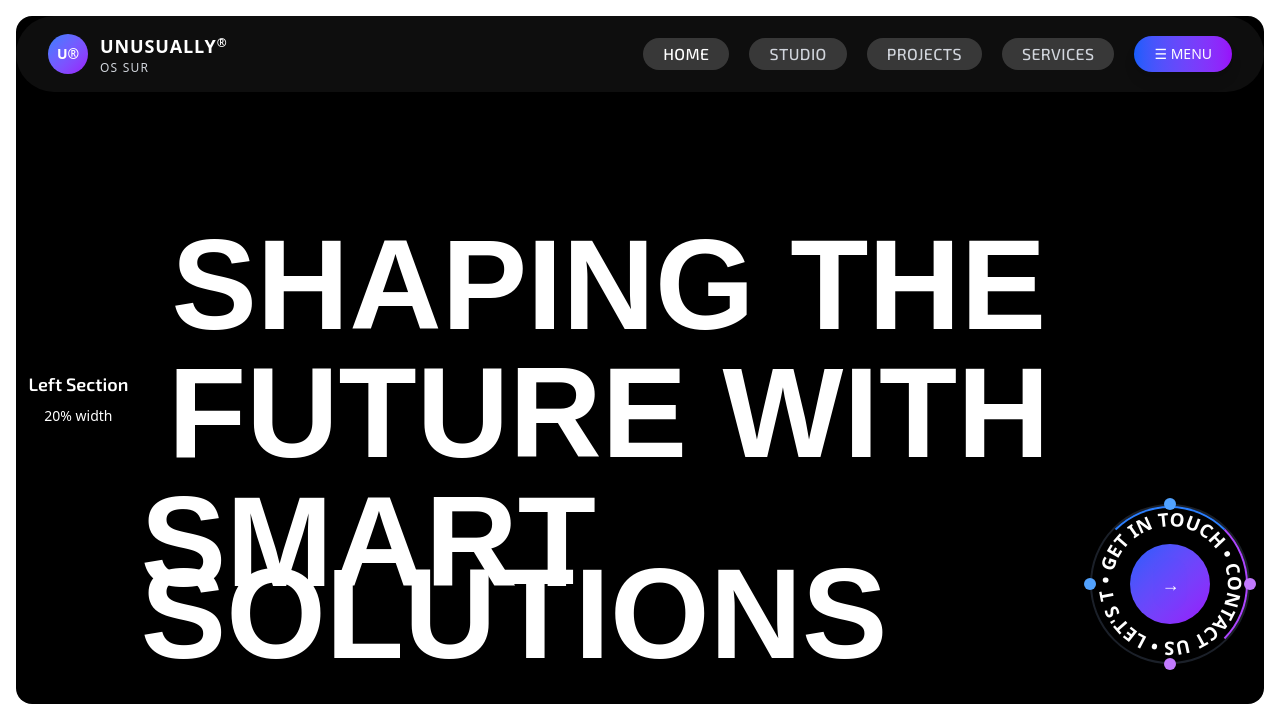
Repository: A-y-u-s-h-29/Digital-Express-India-With-Carrer-Page-And-RazorPay
Page: / (app in op/)
The author's editor kept a copy of each file at every save. The page is drawn from the files as they stood at one save, then again after a run of saves.
The browser window is 1280 px wide. The pictures show the whole page.
Some web fonts or font styles are not loaded; a fallback is used. The project was rebuilt for these pictures with package versions that can differ from the ones it lists, and the page was loaded fresh each time. Also part of the build but not shown: op/vite.config.js.

Above is the page before, as saved 2025-12-04 14:56:04.

### op/index.html
<!doctype html>
<html lang="en">
  <head>
    <meta charset="UTF-8" />
    <link rel="icon" type="image/svg+xml" href="/vite.svg" />
    <meta name="viewport" content="width=device-width, initial-scale=1.0" />
    <link rel="preconnect" href="https://fonts.googleapis.com">
<link rel="preconnect" href="https://fonts.gstatic.com" crossorigin>
<link href="https://fonts.googleapis.com/css2?family=Alan+Sans:wght@300..900&family=Big+Shoulders:opsz,wght@10..72,100..900&family=Exo+2:ital,wght@0,100..900;1,100..900&family=Montserrat:ital,wght@0,100..900;1,100..900&family=Orbitron:wght@400..900&family=Poppins:ital,wght@0,100;0,200;0,300;0,400;0,500;0,600;0,700;0,800;0,900;1,100;1,200;1,300;1,400;1,500;1,600;1,700;1,800;1,900&family=Rajdhani:wght@300;400;500;600;700&display=swap" rel="stylesheet">
<link rel="preconnect" href="https://fonts.googleapis.com">
<link rel="preconnect" href="https://fonts.gstatic.com" crossorigin>
<link href="https://fonts.googleapis.com/css2?family=Alan+Sans:wght@300..900&family=Big+Shoulders:opsz,wght@10..72,100..900&family=Exo+2:ital,wght@0,100..900;1,100..900&family=Montserrat:ital,wght@0,100..900;1,100..900&family=Orbitron:wght@400..900&family=Poppins:ital,wght@0,100;0,200;0,300;0,400;0,500;0,600;0,700;0,800;0,900;1,100;1,200;1,300;1,400;1,500;1,600;1,700;1,800;1,900&family=Rajdhani:wght@300;400;500;600;700&display=swap" rel="stylesheet">
    <title>op</title>
  </head>
  <body>
    <div id="root"></div>
    <script type="module" src="/src/main.jsx"></script>
  </body>
</html>

### op/src/index.css
@import "tailwindcss";
*{
  box-sizing: border-box;
}
.big {
  font-family: "Big Shoulders", sans-serif;

  font-style: normal;
}
.exo {
  font-family: "Exo 2", sans-serif;

  font-style: normal;
}

### op/src/App.jsx
import React from 'react'
import Home from './components/Home'

function App() {
  return (
   <>
   <Home/>


   </>
  )
}

export default App

### op/src/components/Home.jsx
import React from "react";
import Navbar from "./Navbar";

function Home() {


  return (
    <div className="w-full max-h-screen lg:h-[120vh]  lg:py-4 lg:px-4 ">
      <div
        className="rounded-b-4xl lg:rounded-2xl w-full h-full  flex flex-col relative overflow-hidden bg-black"

      >


        {/* Transparent Navbar */}
        <div className="relative z-20">
          <Navbar />
        </div>

        {/* Three Column Layout */}
        <div className="flex flex-1 relative z-10 text-white ">
          {/* Left Column - 20% width */}
          <div className="w-[10%] flex items-center justify-center">
            <div className="text-white text-center">
              <p className="exo font-semibold text-lg">Left Section</p>
              <p className="text-sm mt-2">20% width</p>
            </div>
          </div>

          {/* Middle Column - 60% width */}
         <div className="w-[75%] flex flex-col justify-center items-center big">
  <div className=" w-full h-full flex flex-col">

    {/* Top Row - 40% height */}
    <div className="h-[40%] flex items-end justify-center pb-4 ">
      <h1 className="text-5xl md:text-9xl leading-tight md:leading-[4.5rem]  font-bold text-white drop-shadow-2xl">
       SHAPING THE
      </h1>
    </div>

    {/* Middle Row - 30% height */}
    <div className="h-[25%] flex items-center justify-center ">
       <h1 className="text-5xl md:text-9xl leading-tight lg:leading-[4.5rem]  font-bold text-white drop-shadow-2xl">
    FUTURE WITH
      </h1>
    </div>

    {/* Bottom Row - 30% height */}
    <div className="h-[35%] flex items-start justify-center pt-4">
      <h1 className="text-5xl md:text-9xl leading-tight lg:leading-[4.5rem]  font-bold text-white drop-shadow-2xl">
      SMART SOLUTIONS
      </h1>
    </div>

  </div>
</div>
          {/* Right Column - 20% width */}
          <div className="w-[15%] flex flex-col items-center justify-center relative">
  {/* Circular Text Animation Button - Bottom Center */}
  <div className="absolute bottom-10">
    <div className="relative group cursor-pointer">
      {/* Outer Ring with Animated Border */}
      <div className="relative w-40 h-40 rounded-full border-2 border-gray-700/50 hover:border-blue-500/30 transition-all duration-500 group-hover:scale-110 group-hover:border-blue-500/50">
        {/* Animated Ring */}
        <div className="absolute inset-0 rounded-full border-2 border-transparent border-t-blue-500 border-r-purple-500 animate-spin-slow"></div>

        {/* Rotating Text Circle */}
        <div className="absolute inset-0 flex items-center justify-center">
          <div className="relative w-full h-full">
            {/* Circular Text Path */}
            <svg className="w-full h-full" viewBox="0 0 100 100">
              <defs>
                <path
                  id="textCircle"
                  d="M 50,50 m -37,0 a 37,37 0 1,1 74,0 a 37,37 0 1,1 -74,0"
                />
              </defs>
              <text className="fill-white text-xs font-bold">
                <textPath
                  href="#textCircle"
                  startOffset="0%"
                  className="animate-rotate-text"
                >
                  • GET IN TOUCH • CONTACT US • LET'S TALK •
                </textPath>
              </text>
            </svg>
          </div>
        </div>

        {/* Center Circle */}
        <div className="absolute inset-0 flex items-center justify-center">
          <div className="w-20 h-20 rounded-full bg-gradient-to-br from-blue-600 to-purple-600 flex items-center justify-center group-hover:from-blue-700 group-hover:to-purple-700 transition-all duration-500 group-hover:scale-105 shadow-lg group-hover:shadow-xl">
            <div className="relative">
              {/* Pulsing Effect */}
              <div className="absolute inset-0 rounded-full bg-blue-500/20 animate-ping"></div>
              {/* Main Icon */}
              <span className="relative text-white font-bold text-lg">
                →
              </span>
            </div>
          </div>
        </div>

        {/* Floating Dots */}
        <div className="absolute -top-2 left-1/2 transform -translate-x-1/2 w-3 h-3 rounded-full bg-blue-400 animate-float"></div>
        <div className="absolute -bottom-2 left-1/2 transform -translate-x-1/2 w-3 h-3 rounded-full bg-purple-400 animate-float" style={{animationDelay: '0.5s'}}></div>
        <div className="absolute top-1/2 -left-2 transform -translate-y-1/2 w-3 h-3 rounded-full bg-blue-400 animate-float" style={{animationDelay: '1s'}}></div>
        <div className="absolute top-1/2 -right-2 transform -translate-y-1/2 w-3 h-3 rounded-full bg-purple-400 animate-float" style={{animationDelay: '1.5s'}}></div>
      </div>

      {/* Tooltip on Hover */}
      <div className="absolute -bottom-16 left-1/2 transform -translate-x-1/2 opacity-0 group-hover:opacity-100 transition-opacity duration-300">
        <div className="bg-gray-900/90 backdrop-blur-sm text-white text-xs px-3 py-2 rounded-lg whitespace-nowrap border border-gray-700">
          Click to contact us
        </div>
      </div>
    </div>
  </div>
</div>
        </div>


      </div>
    </div>
  );
}

export default Home;

### op/src/components/Navbar.jsx
import React, { useState, useRef, useEffect } from 'react';
import { gsap } from 'gsap';

function Navbar({ isHomePage = false }) {
  const [isMenuOpen, setIsMenuOpen] = useState(false);
  const menuOverlayRef = useRef(null);
  const mobileMenuRef = useRef(null);

  // Menu items data for the menu overlay
  const menuOverlayItems = [
    { title: 'HOME', number: '01' },
    { title: 'ABOUT', number: '02' },
    { title: 'PROJECTS', number: '03' },
    { title: 'SERVICES', number: '04' },

  ];

  // Menu items for navbar links
  const navMenuItems = [
    { title: 'HOME', color: 'from-blue-500 to-cyan-400' },
    { title: 'STUDIO', color: 'from-purple-500 to-pink-500' },
    { title: 'PROJECTS', color: 'from-green-500 to-emerald-400' },
    { title: 'SERVICES', color: 'from-yellow-500 to-orange-500' },
    { title: 'ABOUT', color: 'from-red-500 to-rose-400' },
    { title: 'CONTACT', color: 'from-indigo-500 to-blue-400' },
  ];

  // Initialize menu as hidden
  useEffect(() => {
    if (menuOverlayRef.current) {
      menuOverlayRef.current.style.display = 'none';
    }
  }, []);

  const handleMenuClick = () => {
    const wasOpen = isMenuOpen;
    setIsMenuOpen(!wasOpen);

    if (!wasOpen) {
      // OPEN MENU ANIMATION - bottom-right से slide in
      if (menuOverlayRef.current) {
        menuOverlayRef.current.style.display = 'flex';

        // Get the menu container
        const menuContainer = menuOverlayRef.current.querySelector('.relative');

        if (menuContainer) {
          // Initial position - off screen bottom-right
          gsap.set(menuContainer, {
            x: '100%',
            y: '100%',
            opacity: 0,
            scale: 0.9,
            transformOrigin: 'bottom right'
          });

          // Animate to position
          gsap.to(menuContainer, {
            x: 0,
            y: 0,
            opacity: 1,
            scale: 1,
            duration: 0.8,
            ease: 'expo.out'
          });

          // Background fade in
          gsap.fromTo(menuOverlayRef.current,
            { opacity: 0 },
            { opacity: 1, duration: 0.4 }
          );

          // Menu items animation (from bottom)
          const menuItems = menuContainer.querySelectorAll('.menu-item');
          gsap.fromTo(menuItems,
            {
              opacity: 0,
              y: 40
            },
            {
              opacity: 1,
              y: 0,
              duration: 0.6,
              stagger: 0.1,
              delay: 0.3,
              ease: 'power3.out'
            }
          );

          // Close button animation
          const closeBtn = menuContainer.querySelector('.close-btn');
          if (closeBtn) {
            gsap.fromTo(closeBtn,
              { opacity: 0, rotation: -45 },
              { opacity: 1, rotation: 0, duration: 0.5, delay: 0.8 }
            );
          }
        }
      }

      // Mobile menu animation
      if (mobileMenuRef.current) {
        gsap.fromTo(
          mobileMenuRef.current,
          { height: 0, opacity: 0 },
          { height: 'auto', opacity: 1, duration: 0.4 }
        );
      }
    } else {
      // CLOSE MENU ANIMATION - bottom-right को slide out
      if (menuOverlayRef.current) {
        const menuContainer = menuOverlayRef.current.querySelector('.relative');

        if (menuContainer) {
          // Menu items exit
          const menuItems = menuContainer.querySelectorAll('.menu-item');
          gsap.to(menuItems,
            {
              opacity: 0,
              y: 20,
              duration: 0.3,
              stagger: 0.05,
              ease: 'power2.in'
            }
          );

          // Close button exit
          const closeBtn = menuContainer.querySelector('.close-btn');
          if (closeBtn) {
            gsap.to(closeBtn, {
              opacity: 0,
              rotation: 45,
              duration: 0.3
            });
          }

          // Menu container slide out to bottom-right
          gsap.to(menuContainer, {
            x: '100%',
            y: '100%',
            opacity: 0,
            scale: 0.9,
            duration: 0.6,
            ease: 'expo.in',
            onComplete: () => {
              if (menuOverlayRef.current) {
                menuOverlayRef.current.style.display = 'none';
              }
            }
          });

          // Background fade out
          gsap.to(menuOverlayRef.current, {
            opacity: 0,
            duration: 0.4
          });
        }
      }

      // Mobile menu exit animation
      if (mobileMenuRef.current) {
        gsap.to(mobileMenuRef.current, {
          height: 0,
          opacity: 0,
          duration: 0.3
        });
      }
    }
  };

  return (
    <>
      {/* Main Navbar */}
      <nav
        className={`w-full px-6 py-4 lg:px-8 lg:py-4 ${isHomePage ? 'bg-transparent' : 'bg-[#0E0E0E]'} rounded-full relative z-50`}
      >
        <div className="flex items-center justify-between">
          {/* Logo/Brand Section */}
          <div className="flex items-center">
            <div className="w-10 h-10 rounded-full bg-gradient-to-br from-blue-500 to-purple-600 flex items-center justify-center mr-3">
              <span className="text-white font-bold text-sm">U®</span>
            </div>
            <div className="flex flex-col">
              <span className="text-white font-bold text-lg tracking-wider">UNUSUALLY<sup className="text-xs">®</sup></span>
              <span className="text-gray-300 text-xs tracking-widest">OS SUR</span>
            </div>
          </div>

          <div className='flex items-center gap-5'>
            {/* Desktop Navigation Links */}
            <div className="hidden md:flex items-center space-x-5 exo text-md">
              {navMenuItems.slice(0, 4).map((item, index) => (
                <a
                  key={index}
                  href="#"
                  className={`text-gray-300 font-medium tracking-wide hover:text-white transition-colors duration-300 bg-[#383838] px-5 py-1 rounded-full ${item.title === 'HOME' ? 'text-white' : ''}`}
                >
                  {item.title}
                </a>
              ))}
            </div>

            {/* Menu Button */}
            <button
              onClick={handleMenuClick}
              className="px-5 py-2 bg-gradient-to-r from-blue-600 to-purple-600 text-white text-sm font-medium rounded-full hover:from-blue-700 hover:to-purple-700 transition-all duration-300 shadow-lg hover:shadow-xl relative z-50"
            >
              {isMenuOpen ? '✕ CLOSE' : '☰ MENU'}
            </button>

            {/* Mobile Menu Button (Hamburger) */}
            <button
              onClick={handleMenuClick}
              className="ml-4 md:hidden relative z-50"
            >
              <div className={`w-6 h-0.5 bg-white mb-1.5 transition-all duration-300 ${isMenuOpen ? 'rotate-45 translate-y-2' : ''}`}></div>
              <div className={`w-6 h-0.5 bg-white mb-1.5 transition-all duration-300 ${isMenuOpen ? 'opacity-0' : ''}`}></div>
              <div className={`w-6 h-0.5 bg-white transition-all duration-300 ${isMenuOpen ? '-rotate-45 -translate-y-2' : ''}`}></div>
            </button>
          </div>
        </div>

        {/* Mobile Menu Dropdown */}
        <div
          ref={mobileMenuRef}
          className="md:hidden mt-4 pt-4 border-t border-gray-800 overflow-hidden"
          style={{ height: '0px' }}
        >
          <div className="flex flex-col space-y-4">
            {navMenuItems.map((item, index) => (
              <a
                key={index}
                href="#"
                className={`text-gray-300 font-medium py-2 hover:text-white transition-colors ${item.title === 'HOME' ? 'text-white' : ''}`}
              >
                {item.title}
              </a>
            ))}
          </div>
        </div>
      </nav>

      {/* Fullscreen Menu Overlay */}
      <div
        ref={menuOverlayRef}
        className="fixed inset-0  z-40 hidden items-end justify-end px-4 rounded-2xl "
      >
        {/* Menu Container - Image के according simple design */}
        <div
          className="relative h-[70vh] w-[45vw] bg-white  rounded-4xl overflow-hidden shadow-2xl transform-gpu "
          style={{
            transformOrigin: 'bottom right'
          }}
        >
          {/* Simple Header with Brand */}
          <div className="absolute top-8 left-8">
            <div className="flex items-center space-x-3">

              <div>

              </div>
            </div>
          </div>



          {/* Main Content Area - Center aligned like image */}
          <div className="h-full flex flex-col justify-center items-center px-12 ">
            {/* Menu Items - Single Column, Large text like image */}
            <div className="w-full  space-y-2">
              {menuOverlayItems.map((item, index) => (
                <a
                  key={index}
                  href="#"
                  className="menu-item group relative block w-full"
                >
                  <div className="flex items-center justify-between">
                    {/* Title - Left side */}
                    <div className="relative overflow-hidden p-0.5">
                      <h3 className="text-black font-extrabold text-5xl lg:text-7xl  exo tracking-tight opacity-90 group-hover:opacity-100 transition-all duration-500">
                        {item.title}
                      </h3>
                      {/* Underline animation */}

                    </div>

                    {/* Number in parentheses - Right side */}
                    <div className="text-gray-500 text-3xl lg:text-4xl font-light group-hover:text-white transition-colors duration-500">
                      ({item.number})
                    </div>
                  </div>
                </a>
              ))}
            </div>


          </div>


        </div>
      </div>
    </>
  );
}

export default Navbar;

Loaded but not shown: op/src/main.jsx (common file)

After the next 2 saves:
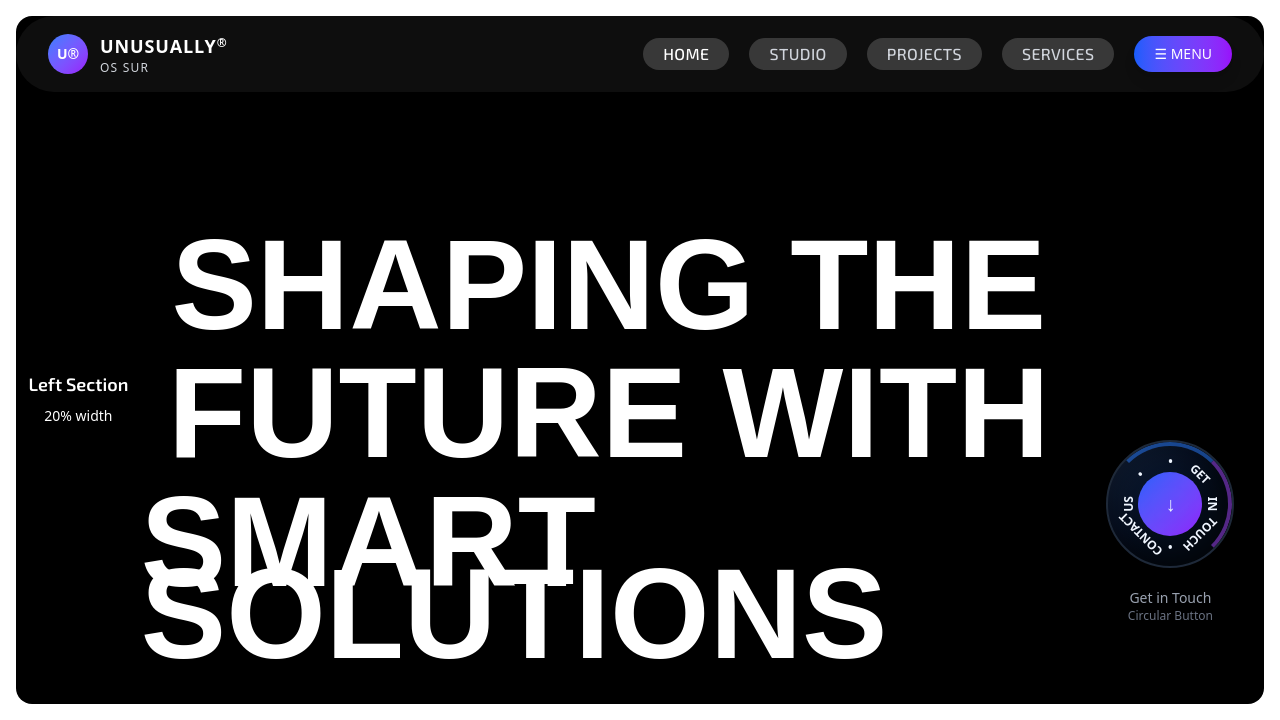
The 2 saves are shown as one change because they came seconds apart.
The last was saved 27 s later.
--- a/op/src/components/Home.jsx
+++ b/op/src/components/Home.jsx
@@ -55,66 +55,49 @@ function Home() {
   </div>
 </div>
           {/* Right Column - 20% width */}
-          <div className="w-[15%] flex flex-col items-center justify-center relative">
-  {/* Circular Text Animation Button - Bottom Center */}
-  <div className="absolute bottom-10">
-    <div className="relative group cursor-pointer">
-      {/* Outer Ring with Animated Border */}
-      <div className="relative w-40 h-40 rounded-full border-2 border-gray-700/50 hover:border-blue-500/30 transition-all duration-500 group-hover:scale-110 group-hover:border-blue-500/50">
-        {/* Animated Ring */}
-        <div className="absolute inset-0 rounded-full border-2 border-transparent border-t-blue-500 border-r-purple-500 animate-spin-slow"></div>
+          <div className="w-[15%] flex flex-col items-center justify-center">
+  {/* Circular Text Animation Button */}
+  <div className="mt-auto mb-20">
+    <button className="group relative w-32 h-32 rounded-full bg-gradient-to-br from-gray-900 to-black border-2 border-gray-800 hover:border-blue-500/30 transition-all duration-500 hover:scale-110 overflow-hidden">
+      {/* Animated Ring */}
+      <div className="absolute inset-0 rounded-full border-4 border-transparent border-t-blue-500 border-r-purple-500 animate-spin-slow opacity-50"></div>
 
-        {/* Rotating Text Circle */}
-        <div className="absolute inset-0 flex items-center justify-center">
-          <div className="relative w-full h-full">
-            {/* Circular Text Path */}
-            <svg className="w-full h-full" viewBox="0 0 100 100">
-              <defs>
-                <path
-                  id="textCircle"
-                  d="M 50,50 m -37,0 a 37,37 0 1,1 74,0 a 37,37 0 1,1 -74,0"
-                />
-              </defs>
-              <text className="fill-white text-xs font-bold">
-                <textPath
-                  href="#textCircle"
-                  startOffset="0%"
-                  className="animate-rotate-text"
-                >
-                  • GET IN TOUCH • CONTACT US • LET'S TALK •
-                </textPath>
-              </text>
-            </svg>
-          </div>
-        </div>
-
-        {/* Center Circle */}
-        <div className="absolute inset-0 flex items-center justify-center">
-          <div className="w-20 h-20 rounded-full bg-gradient-to-br from-blue-600 to-purple-600 flex items-center justify-center group-hover:from-blue-700 group-hover:to-purple-700 transition-all duration-500 group-hover:scale-105 shadow-lg group-hover:shadow-xl">
-            <div className="relative">
-              {/* Pulsing Effect */}
-              <div className="absolute inset-0 rounded-full bg-blue-500/20 animate-ping"></div>
-              {/* Main Icon */}
-              <span className="relative text-white font-bold text-lg">
-                →
-              </span>
+      {/* Circular Text Container */}
+      <div className="absolute inset-0 flex items-center justify-center">
+        <div className="relative w-28 h-28 rounded-full overflow-hidden">
+          {/* Rotating Text */}
+          <div className="absolute inset-0 animate-spin-slow">
+            <div className="flex flex-col items-center justify-center h-full">
+              <span className="text-white text-xs font-bold absolute" style={{transform: 'rotate(0deg) translateY(-42px)'}}>•</span>
+              <span className="text-white text-xs font-bold absolute" style={{transform: 'rotate(45deg) translateY(-42px)'}}>GET</span>
+              <span className="text-white text-xs font-bold absolute" style={{transform: 'rotate(90deg) translateY(-42px)'}}>IN</span>
+              <span className="text-white text-xs font-bold absolute" style={{transform: 'rotate(135deg) translateY(-42px)'}}>TOUCH</span>
+              <span className="text-white text-xs font-bold absolute" style={{transform: 'rotate(180deg) translateY(-42px)'}}>•</span>
+              <span className="text-white text-xs font-bold absolute" style={{transform: 'rotate(225deg) translateY(-42px)'}}>CONTACT</span>
+              <span className="text-white text-xs font-bold absolute" style={{transform: 'rotate(270deg) translateY(-42px)'}}>US</span>
+              <span className="text-white text-xs font-bold absolute" style={{transform: 'rotate(315deg) translateY(-42px)'}}>•</span>
             </div>
           </div>
         </div>
-
-        {/* Floating Dots */}
-        <div className="absolute -top-2 left-1/2 transform -translate-x-1/2 w-3 h-3 rounded-full bg-blue-400 animate-float"></div>
-        <div className="absolute -bottom-2 left-1/2 transform -translate-x-1/2 w-3 h-3 rounded-full bg-purple-400 animate-float" style={{animationDelay: '0.5s'}}></div>
-        <div className="absolute top-1/2 -left-2 transform -translate-y-1/2 w-3 h-3 rounded-full bg-blue-400 animate-float" style={{animationDelay: '1s'}}></div>
-        <div className="absolute top-1/2 -right-2 transform -translate-y-1/2 w-3 h-3 rounded-full bg-purple-400 animate-float" style={{animationDelay: '1.5s'}}></div>
       </div>
 
-      {/* Tooltip on Hover */}
-      <div className="absolute -bottom-16 left-1/2 transform -translate-x-1/2 opacity-0 group-hover:opacity-100 transition-opacity duration-300">
-        <div className="bg-gray-900/90 backdrop-blur-sm text-white text-xs px-3 py-2 rounded-lg whitespace-nowrap border border-gray-700">
-          Click to contact us
+      {/* Center Icon */}
+      <div className="absolute inset-0 flex items-center justify-center">
+        <div className="w-16 h-16 rounded-full bg-gradient-to-br from-blue-600 to-purple-600 flex items-center justify-center group-hover:from-blue-700 group-hover:to-purple-700 transition-all duration-500 group-hover:scale-110">
+          <span className="text-white text-xl font-bold transform group-hover:rotate-45 transition-transform duration-500">
+            ↓
+          </span>
         </div>
       </div>
+
+      {/* Glow Effect */}
+      <div className="absolute inset-0 rounded-full bg-blue-500/10 blur-xl group-hover:bg-blue-500/20 transition-all duration-500"></div>
+    </button>
+
+    {/* Label */}
+    <div className="text-center mt-4">
+      <p className="text-gray-400 text-sm font-medium">Get in Touch</p>
+      <p className="text-gray-500 text-xs">Circular Button</p>
     </div>
   </div>
 </div>
